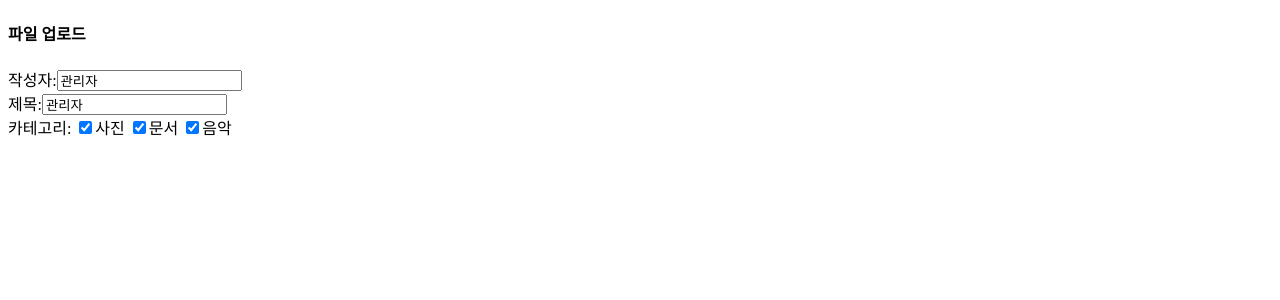
Repository: parkho96/testnum2
Page: http://localhost/jspstudy/FileUpDown/FileUploadMain.jsp
An editor plug-in stored every save of this project. The page is shown before and after the next save, followed by the edit.
The browser window is 1280 px wide. The pictures show the whole page.
The page is served by Tomcat 9. Other server files are loaded and not shown.

Above is the page before, as saved 2023-04-10 09:04:43.

### workjsp/jspstudy/src/main/webapp/FileUpDown/FileUploadMain.jsp
<%@ page language="java" contentType="text/html; charset=UTF-8"
    pageEncoding="UTF-8"%>
<!DOCTYPE html>
<html>
<head>
<meta charset="UTF-8">
<title>파일 업로드</title>
</head>
<body>
	<h4>파일 업로드</h4>
	<span style="color:red;">${errMsg}</span>
	<form name="fileForm" method="post" enctype="multipart/form-data"
		  action="UploudPrc.jsp" onsubmit="return validationForm(this);">
		작성자:<input type="text" name="name" value="관리자"/><br>
		제목:<input type="text" name="name" value="관리자"/><br>
		카테고리:
			<input type="checkbox" name="cate" value="사진" checked/>사진
			<input type="checkbox" name="cate" value="문서" checked/>문서
			<input type="checkbox" name="cate" value="음악" checked/>음악<br>

	</form>
</body>
</html>

After the next save:
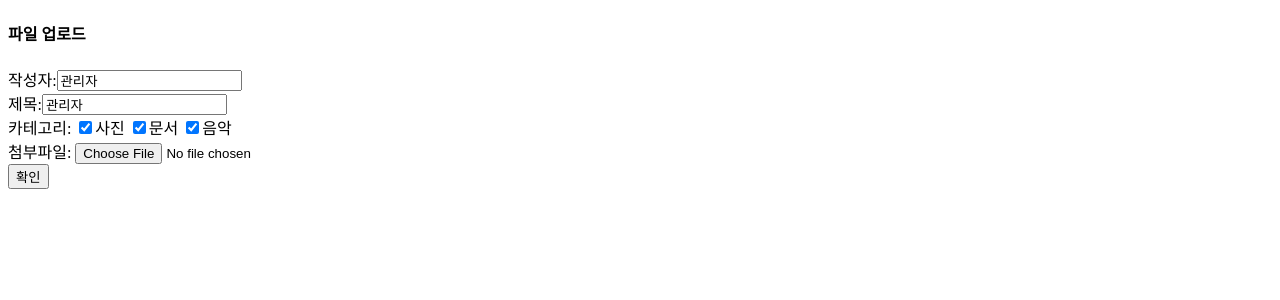
Saved 61 s later.
--- a/workjsp/jspstudy/src/main/webapp/FileUpDown/FileUploadMain.jsp
+++ b/workjsp/jspstudy/src/main/webapp/FileUpDown/FileUploadMain.jsp
@@ -17,6 +17,12 @@
 			<input type="checkbox" name="cate" value="사진" checked/>사진
 			<input type="checkbox" name="cate" value="문서" checked/>문서
 			<input type="checkbox" name="cate" value="음악" checked/>음악<br>
+		첨부파일:
+			<input type="file" name="attachedFile"/><br>
+			<input type="submit" value="확인"/>
+
+
+
 
 	</form>
 </body>
